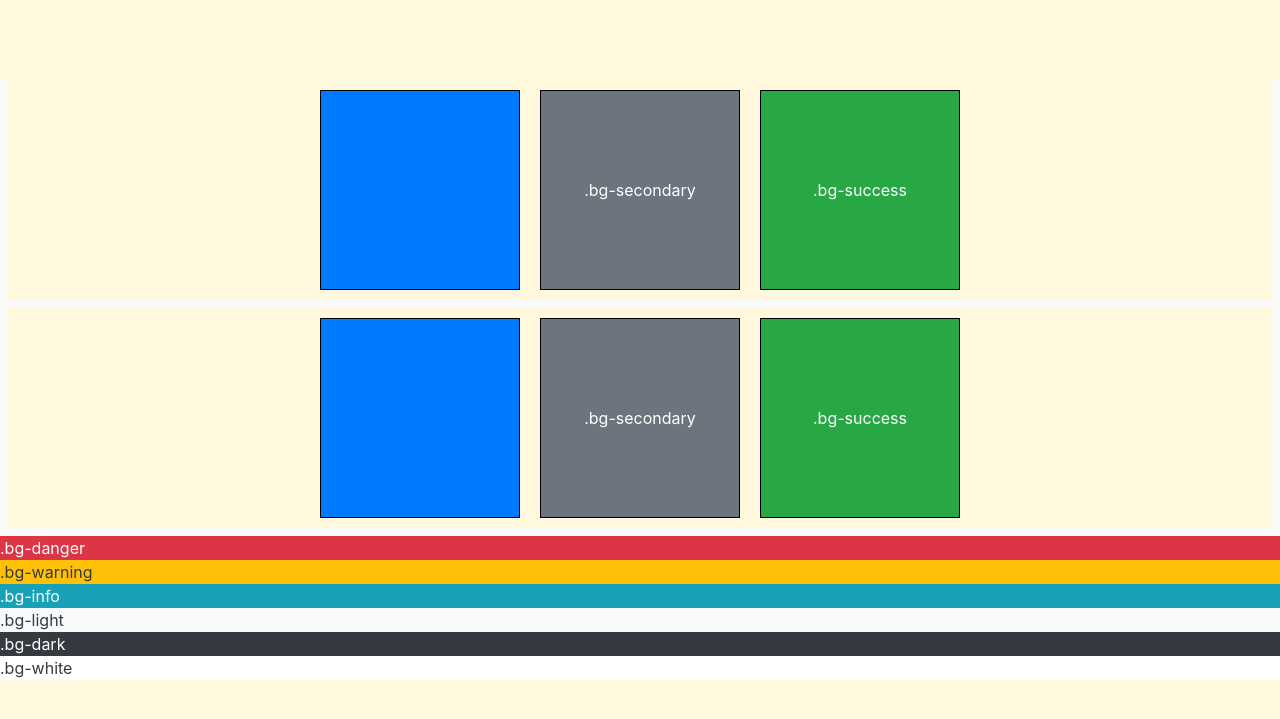
Repository: khanhdk0000/first_proj
Page: http://localhost/about?my_var=ecommerce
The author's editor kept a copy of each file at every save. The page is drawn from the files as they stood at one save, then again after the next save.
The browser window is 1280 px wide. The pictures show the whole page.
Some web libraries are served in a nearby version. The page is served by the project's application, run on Flask 3 (flaskblog.py).

Above is the page before, as saved 2021-05-25 12:23:59.

After the next save:
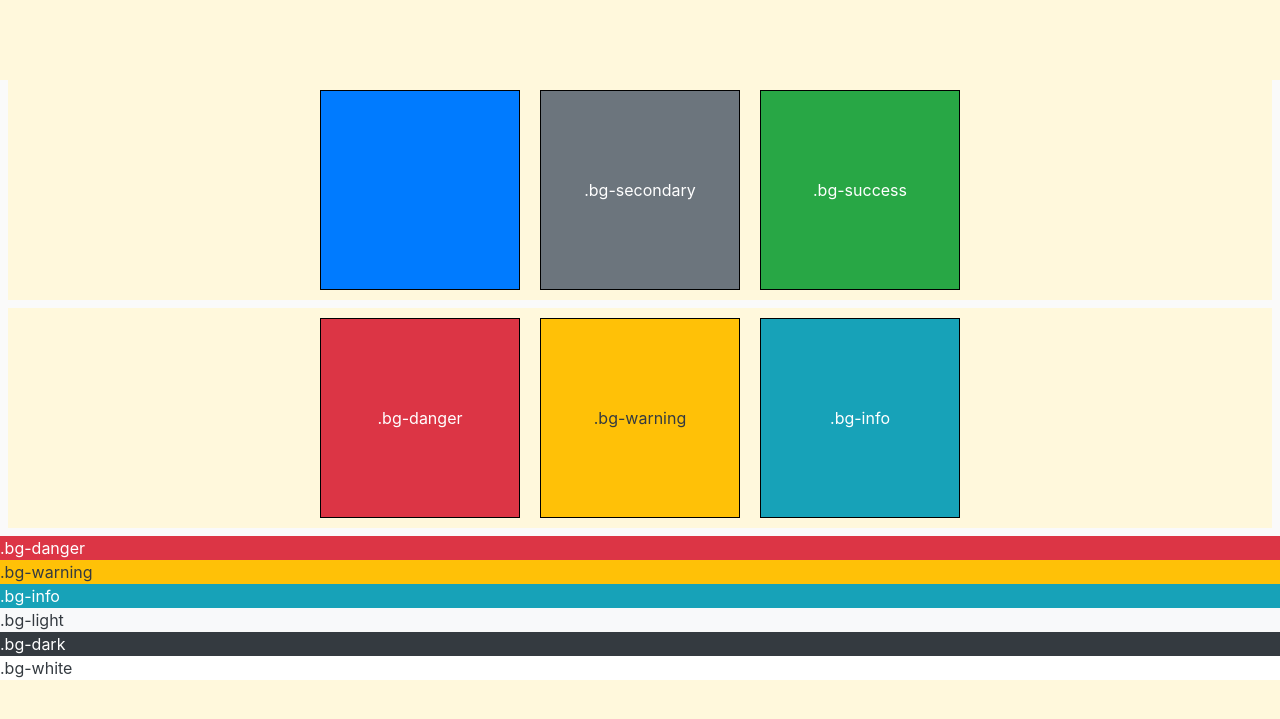
Saved 9 s later.
--- a/templates/about.html
+++ b/templates/about.html
@@ -29,9 +29,9 @@
 </div>
 
 <div class="row m-2">
-    <div class="bg-primary text-white"></div>
-    <div class="bg-secondary text-white">.bg-secondary</div>
-    <div class="bg-success text-white">.bg-success</div>
+    <div class="bg-danger text-white">.bg-danger</div>
+    <div class="bg-warning text-dark">.bg-warning</div>
+    <div class="bg-info text-white">.bg-info</div>
 </div>
     <div class="bg-danger text-white">.bg-danger</div>
     <div class="bg-warning text-dark">.bg-warning</div>
